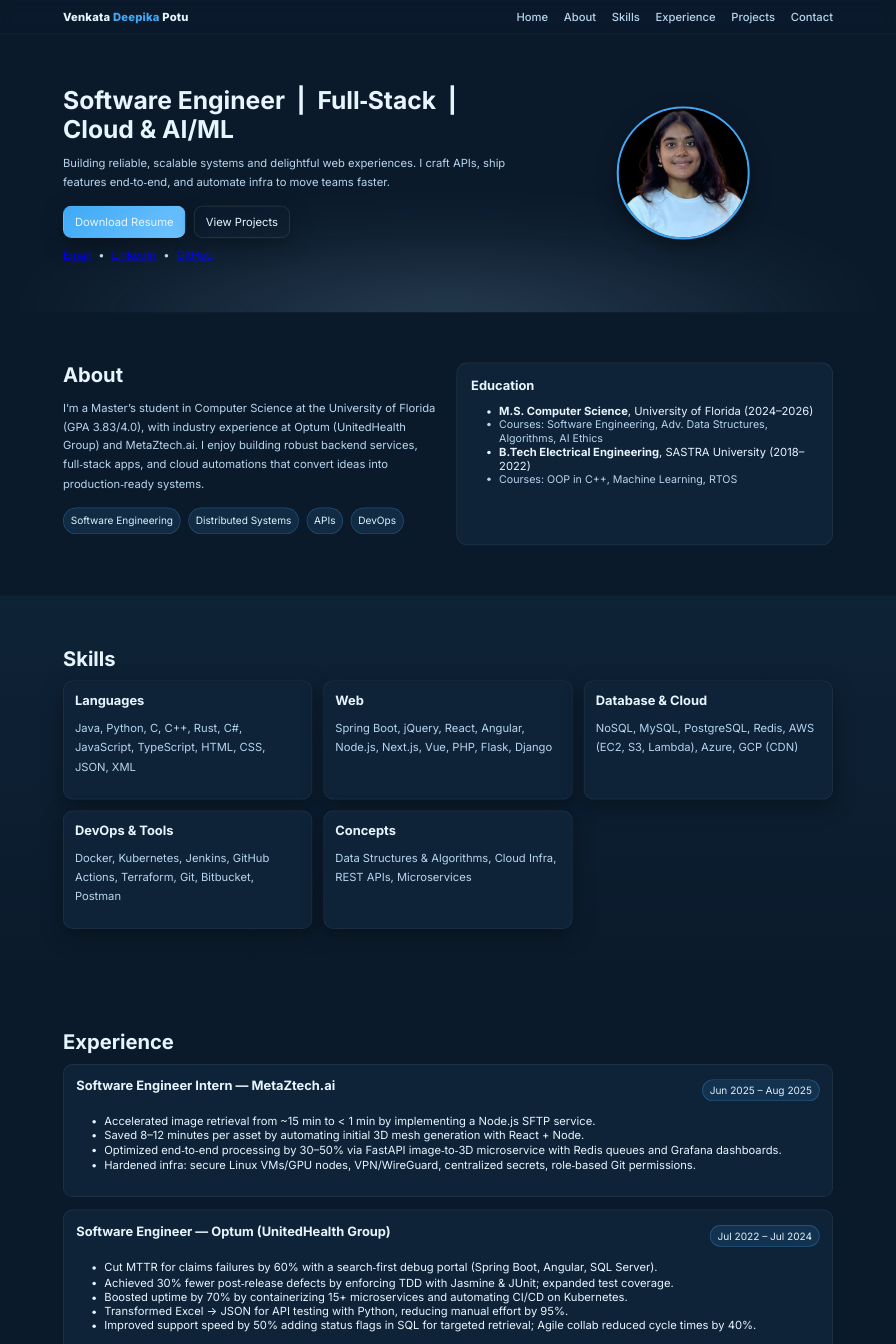
Repository: venkatadeepikapotu/deepika-portfolio
Page: index.html
These files come from the project's save history. The page is drawn as it stood at one moment and after the next save; the edit follows.
The browser window is 1280 px wide. The pictures show the part of the page from y = 0 to 1920 px (the page is 3395 px tall), at 70% of full size.

Above is the page before, as saved 2025-11-05 02:00:54.

After the next save:
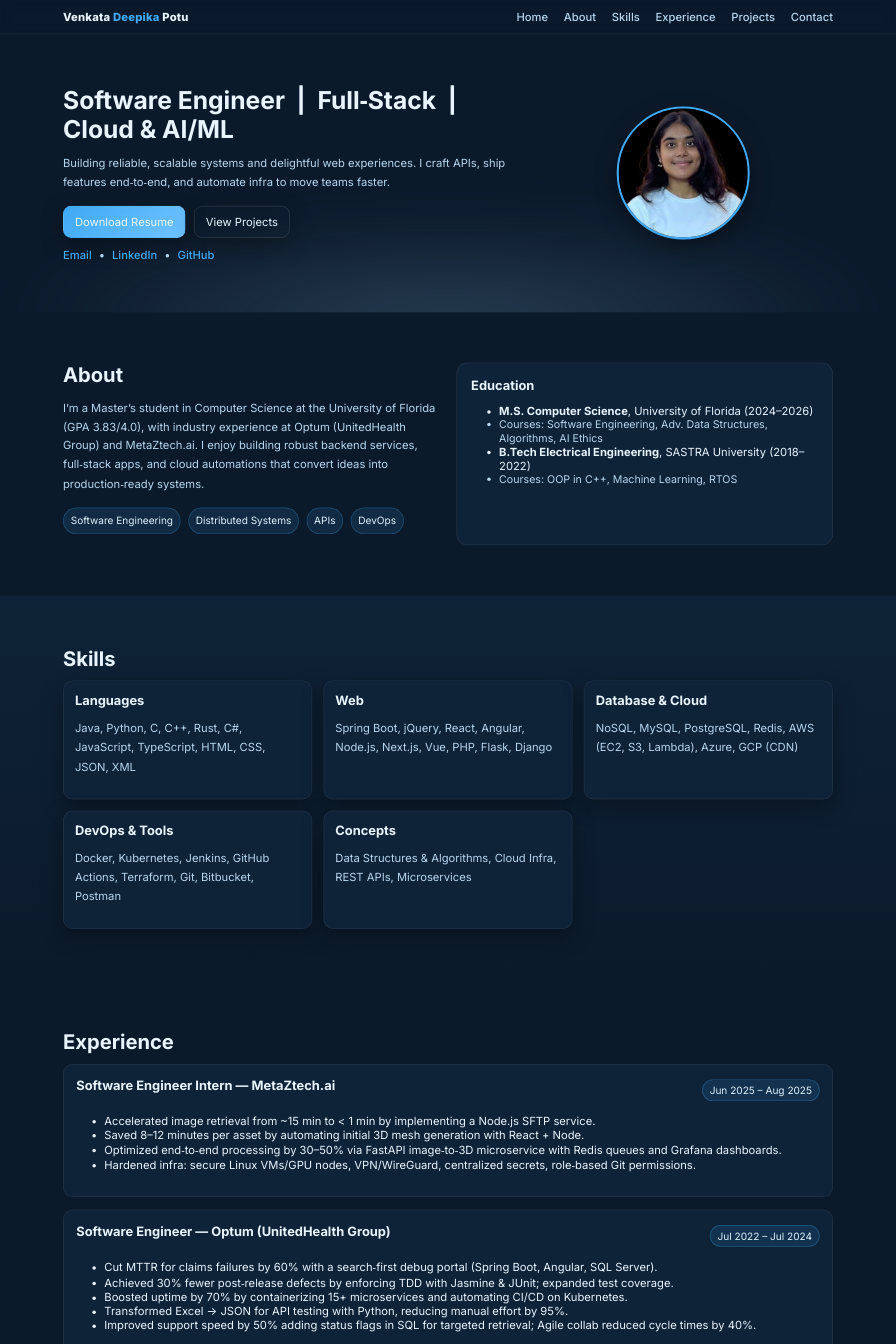
Saved 16 s later.
--- a/styles.css
+++ b/styles.css
@@ -128,6 +128,37 @@
   }
 }
 
+.socials a {
+  color: var(--brand);
+  font-weight: 500;
+  text-decoration: none;
+  position: relative;
+  transition: all 0.25s ease;
+}
+
+.socials a::after {
+  content: '';
+  position: absolute;
+  left: 0;
+  bottom: -2px;
+  width: 100%;
+  height: 2px;
+  background: linear-gradient(90deg, var(--brand), #6fc3ff);
+  transform: scaleX(0);
+  transform-origin: right;
+  transition: transform 0.25s ease;
+}
+
+.socials a:hover::after {
+  transform: scaleX(1);
+  transform-origin: left;
+}
+
+.socials a:hover {
+  color: #fff;
+  text-shadow: 0 0 10px rgba(63,169,245,0.6);
+}
+
 
 /* Project gallery cards */
 .gallery .project-card{padding:0;overflow:hidden}
